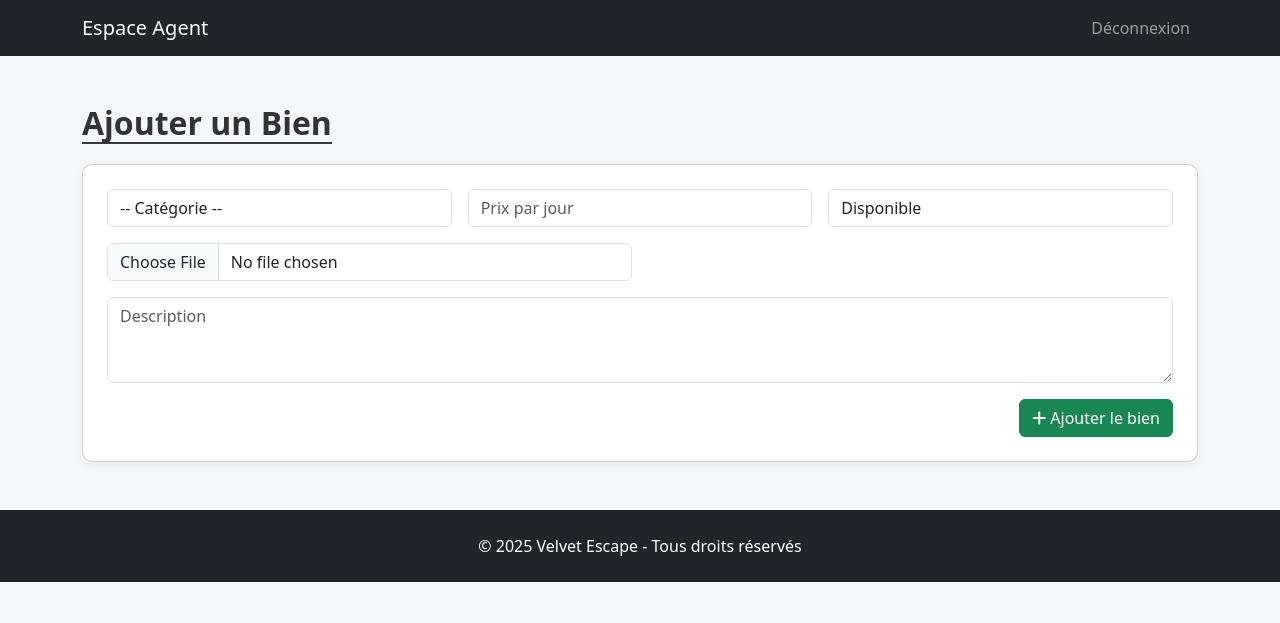
Repository: SaharGab/LocationsMaisons-JavaEE-VelvetEscape
Page: http://localhost/LocationMaisons/pages/agent/dashboard_agent.jsp
The author's editor kept a copy of each file at every save. The page is drawn from the files as they stood at one save, then again after the next save.
The browser window is 1280 px wide. The pictures show the whole page.
The page is served by Tomcat 10.

Above is the page before, as saved 2025-04-24 22:51:08.

After the next save:
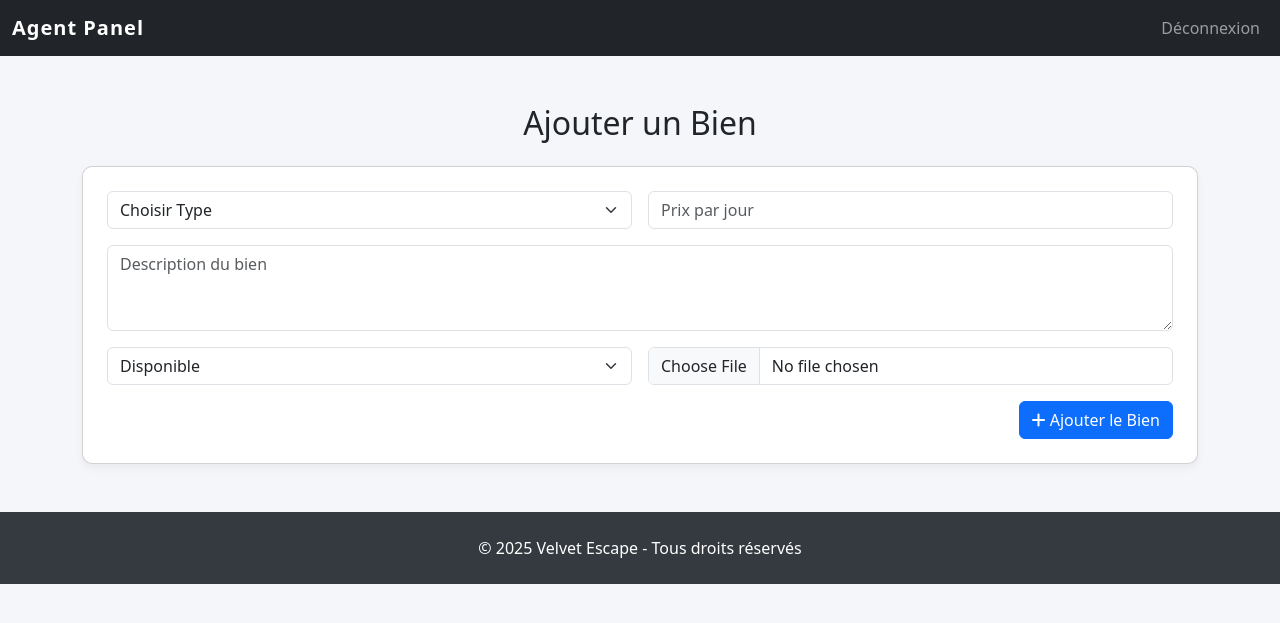
Saved 28 s later.
--- a/LocationMaisons/src/main/webapp/pages/agent/dashboard_agent.jsp
+++ b/LocationMaisons/src/main/webapp/pages/agent/dashboard_agent.jsp
@@ -4,7 +4,7 @@
 <html lang="fr">
 <head>
     <meta charset="UTF-8">
-    <title>Dashboard Agent - Velvet Escape</title>
+    <title>Tableau de Bord Agent - Velvet Escape</title>
     <meta name="viewport" content="width=device-width, initial-scale=1">
 
     <!-- Bootstrap CSS -->
@@ -15,24 +15,29 @@
         body {
             background-color: #f4f6f9;
         }
-        .section-title {
-            font-weight: 600;
-            color: #333;
-            border-bottom: 2px solid #343a40;
-            display: inline-block;
-            margin-bottom: 20px;
+        .navbar-brand {
+            font-weight: bold;
+            letter-spacing: 1px;
+        }
+        .form-control, .btn {
+            border-radius: 0.375rem;
         }
         .card {
             border-radius: 10px;
             box-shadow: 0 4px 10px rgba(0, 0, 0, 0.05);
         }
+        footer {
+            background-color: #343a40;
+            color: #fff;
+        }
     </style>
 </head>
 <body>
 
+<!-- Navbar -->
 <nav class="navbar navbar-expand-lg navbar-dark bg-dark">
-    <div class="container">
-        <a class="navbar-brand" href="#">Espace Agent</a>
+    <div class="container-fluid">
+        <a class="navbar-brand" href="#">Agent Panel</a>
         <div class="collapse navbar-collapse justify-content-end">
             <ul class="navbar-nav">
                 <li class="nav-item">
@@ -43,49 +48,53 @@
     </div>
 </nav>
 
+<!-- Main Content -->
 <div class="container my-5">
-    <h2 class="section-title">Ajouter un Bien</h2>
+    <h2 class="text-center mb-4">Ajouter un Bien</h2>
 
-    <div class="card p-4 mb-5">
-        <form action="${pageContext.request.contextPath}/AjoutBienServlet" method="post" enctype="multipart/form-data" class="row g-3">
-            <div class="col-md-4">
-                <select name="type" class="form-control" required>
-                    <option value="">-- Catégorie --</option>
-                    <option value="Appartement">Appartement</option>
-                    <option value="Maison">Maison</option>
-                    <option value="Villa Luxe">Villa Luxe</option>
-                </select>
-            </div>
-            <div class="col-md-4">
-                <input type="number" name="prix_par_jour" step="0.01" class="form-control" placeholder="Prix par jour" required>
-            </div>
-            <div class="col-md-4">
-                <select name="disponibilite" class="form-control">
-                    <option value="1">Disponible</option>
-                    <option value="0">Indisponible</option>
+    <div class="card p-4">
+        <form method="post" action="${pageContext.request.contextPath}/AjoutBienServlet" enctype="multipart/form-data" class="row g-3">
+            <div class="col-md-6">
+                <select name="type" class="form-select" required>
+                    <option value="">Choisir Type</option>
+                    <option value="appartement">Appartement</option>
+                    <option value="house">Maison</option>
+                    <option value="villa luxe">Villa de Luxe</option>
                 </select>
             </div>
             <div class="col-md-6">
-                <input type="file" name="image" accept="image/*" class="form-control" required>
+                <input type="number" step="0.01" name="prix_par_jour" class="form-control" placeholder="Prix par jour" required>
             </div>
-            <div class="col-md-12">
-                <textarea name="description" class="form-control" placeholder="Description" rows="3" required></textarea>
+            <div class="col-12">
+                <textarea name="description" class="form-control" placeholder="Description du bien" rows="3" required></textarea>
             </div>
-            <div class="col-md-12 text-end">
-                <button type="submit" class="btn btn-success">
-                    <i class="fas fa-plus"></i> Ajouter le bien
+            <div class="col-md-6">
+                <select name="disponibilite" class="form-select" required>
+                    <option value="Disponible">Disponible</option>
+                    <option value="Non Disponible">Non Disponible</option>
+                </select>
+            </div>
+            <div class="col-md-6">
+                <input type="file" name="image" class="form-control" accept="image/*" required>
+            </div>
+            <div class="col-12 text-end">
+                <button type="submit" class="btn btn-primary">
+                    <i class="fas fa-plus"></i> Ajouter le Bien
                 </button>
             </div>
         </form>
     </div>
 </div>
 
-<footer class="bg-dark text-white text-center py-4 mt-5">
+<!-- Footer -->
+<footer class="text-center py-4 mt-5">
     <div class="container">
         &copy; 2025 Velvet Escape - Tous droits réservés
     </div>
 </footer>
 
+<!-- Scripts -->
 <script src="https://cdn.jsdelivr.net/npm/bootstrap@5.3.0/dist/js/bootstrap.bundle.min.js"></script>
+
 </body>
 </html>
